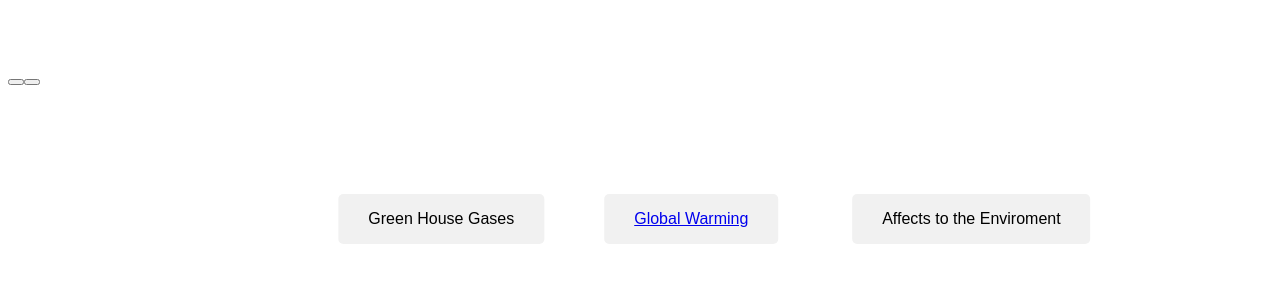
Repository: Alejandra-Pelayo/Alejandra-Pelayo.github.io
Page: 2.1.4/Example.html
The author's editor kept a record of every edit. The page is drawn from the files as they stood at one moment, then again after the next edit.
The browser window is 1280 px wide. The pictures show the whole page.

Above is the page before.

### 2.1.4/Example.html
<body>

<p><font size="20" color="white">Global Warming</font></p>


<link href="example.css" rel="stylesheet" type="text/css">

<button1>
    <a href="Enviromental.html">
      <button class="btn"> Global Warming<Button</button>
<button2>
    <a href = "Green_House.html">
      <button class ="btn2"> Green House Gases <Button/button>
<button3>
    <a href = "animals.html">
      <button class ="btn3"> Affects to the Enviroment <Button/button>



<div class="container">

### 2.1.4/example.css

 .world{
   position: fixed;
  top: 5;
  left: 5;

  /* Preserve aspet ratio */
  min-width: 100%;
  min-height: 100%;
}



/*
img{
    position: fixed;
  top: 5;
  left: 5;


  min-width: 100%;
  min-height: 100%;
}
*/
/* Button Code*/
.btn{
  position: absolute;
  top: 20%;
  left:20%;
  transform: translate(200%, 100%);
  -ms-transform: translate(-80%, -80%);
  background-color: #f1f1f1;
  color: black;
  font-size: 16px;
  padding: 16px 30px;
  border: none;
  cursor: pointer;
  border-radius: 5px;
  text-align: center;

}
.btn2{
    position: absolute;
  top: 20%;
  left: 20%;
  transform: translate(40%, 100%);
  -ms-transform: translate(-80%, -80%);
  background-color: #f1f1f1;
  color: black;
  font-size: 16px;
  padding: 16px 30px;
  border: none;
  cursor: pointer;
  border-radius: 5px;
  text-align: center;
}

.btn3{
    position: absolute;
  top: 20%;
  left: 20%;
  transform: translate(250%, 100%);
  -ms-transform: translate(-80%, -80%);
  background-color: #f1f1f1;
  color: black;
  font-size: 16px;
  padding: 16px 30px;
  border: none;
  cursor: pointer;
  border-radius: 5px;
  text-align: center;
}

.avatar{
  vertical-align: middle;
  width: 50px;
  height: 50px;
  border-radius: 50%;
  position: absolute;
  top: 0px;
  right: 0px;
}

After the next edit:
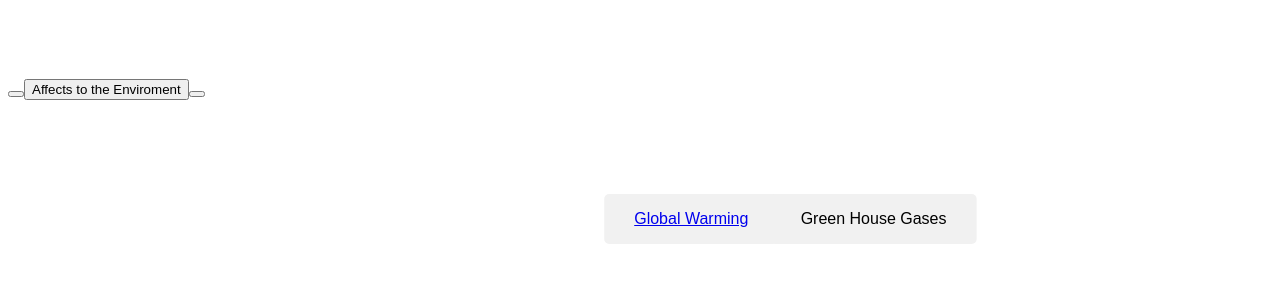
The edit:
--- a/2.1.4/example.css
+++ b/2.1.4/example.css
@@ -55,7 +55,7 @@
   text-align: center;
 }
 
-.btn3{
+.btn2{
     position: absolute;
   top: 20%;
   left: 20%;
